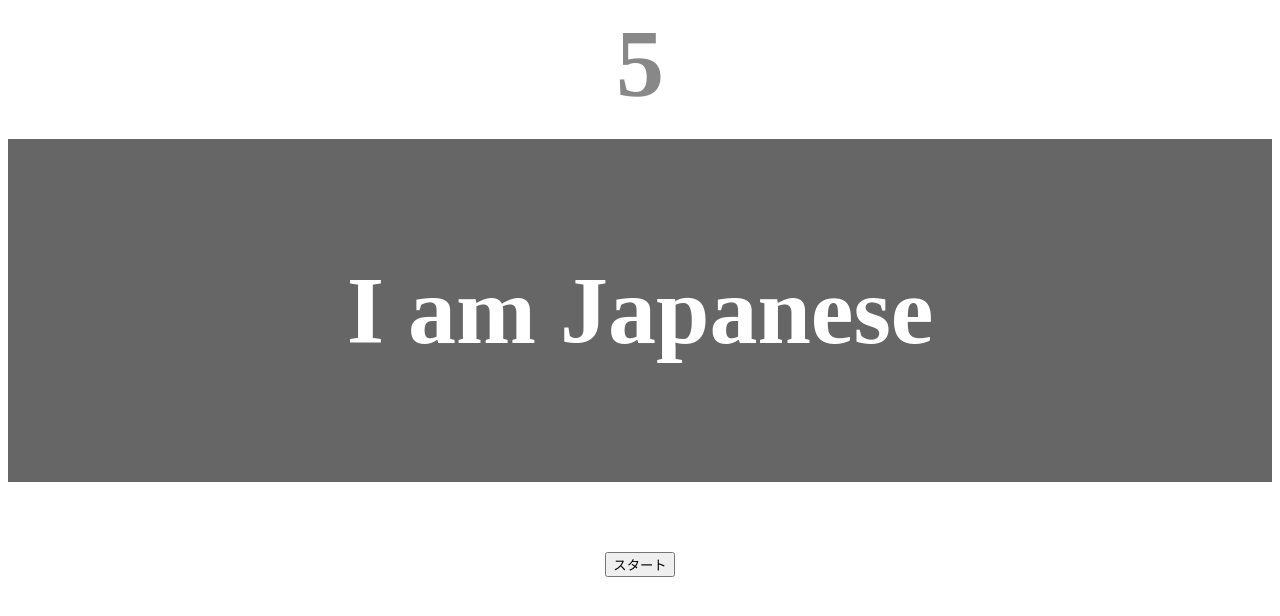
Repository: BenBen-san/Typing-Game
Page: 2nd_Trial/typing_app2.html
The author's editor kept a record of every edit. The page is drawn from the files as they stood at one moment, then again after the next edit.
The browser window is 1280 px wide. The pictures show the whole page.

Above is the page before.

### 2nd_Trial/typing_app2.html
<!DOCTYPE html>
<html lang="ja">
<head>
    <meta charset="UTF-8">
    <title>タイピングアプリ</title>

    <style>

        body{
            font-size: 6em;
            text-align: center;
        }


        #count{
            margin: 0;
            font-weight: bold;
            color: #888;
        }

        #wrap{
            margin-top: 20px;
            padding: 20px 10px;
            background-color: #666;
            font-weight: bold;
            color: #fff;
        }

        span{
            transition: all 300ms 0s ease;
        }

        .add-color{
            font-size: 0.5em;
            color: #666;
        }

    </style>

</head>
    <p id="count">5</p>

    <div id=wrap>
        <p id="text"></p>
    </div>
    <button id="start">スタート</button>

    <script>

    //必要なHTML要素の取得
    const wrap = document.getElementById('wrap');
    const start = document.getElementById('start');

    const textLists = [
        'Hello World','This is my App','How are you?',
        'Today is sunny','I love JavaScript!','Good morning',
        'I am Japanese','Let it be','Samurai',
        'Typing Game','Information Technology',
        'I want to be a programmer','What day is today?',
        'I want to build a web app','Nice to meet you',
        'Chrome Firefox Edge Safari','machine learning',
        'Brendan Eich','John Resig','React Vue Angular',
        'Netscape Communications','undefined null NaN',
        'Thank you very much','Google Apple Facebook Amazon',
        'ECMAScript','console.log','for while if switch',
        'var let const','Windows Mac Linux iOS Android',
        'programming'
        ];　　//複数のテキストを格納する配列

    let checkTexts = [];

    let score = 0

    const createText = () => {

        const p = document.getElementById('text');

        const rnd = Math.floor(Math.random() * textLists.length);

        p.textContent = '';

        checkTexts = textLists[rnd].split('').map(value => {

            const span = document.createElement('span');

            span.textContent = value;

            p.appendChild(span);

            //１文字ずつcheckTextsに格納していく

            return span;
        })

    };

    createText();

    //ランダムなテキストを画面に表示する



    const keyDown = e => {

        if(e.key === checkTexts[0].textContent){
            checkTexts[0].className = 'add-color';

            checkTexts.shift();

            score++

            if(!checkTexts.length) createText();
        }else if(e.key === 'shift'){
            wrap.style.backgroundColor = '#666';
        }else {
            wrap.style.backgroundColor = 'red';
        }
    };　//キーイベント＆入力判定処理


    const gameOver = id => {

        clearInterval(id);

        const result = confirm(rankCheck(score));

        if(result) window.locaton.reload();

        const rankCheck = score => {

            let text = '';

            if(score < 100){
                text = 'あなたのランクはCです。\nBランクまであと$(100 - score)文字です。';
            }else if(score < 200){
                text = 'あなたのランクはBです。\nAランクまであと$(200 - score)文字です。';
            }else if(score < 300){
                text = 'あなたのランクはCです。\nSランクまであと$(300 - score)文字です。';
            }else if(score >= 300){
                text = 'あなたのランクはSです。\nおめでとうございます！';
            }

            return '${score}文字打てました！\n${text}\n【OK】リトライ／【キャンセル】終了';

        };


    };　//ゲームの終了処理

    const timer = () => {

        let time = 5

        const count = document.getElementById('count');

        const id = setInterval(() => {

        if(time <= 0) gameOver(id);

        count.textContent = time--;


        }, 1000);


    };　//タイマー処理

    start.addEventListener('click', () => {

        timer();

        createText();

        start.style.display = 'none';

        //キーボードのイベント処理

        document.addEventListener('keydown', keyDown);



    });　//ゲームスタート時の処理

    </script>

<body>

</body>
</html>

After the next edit:
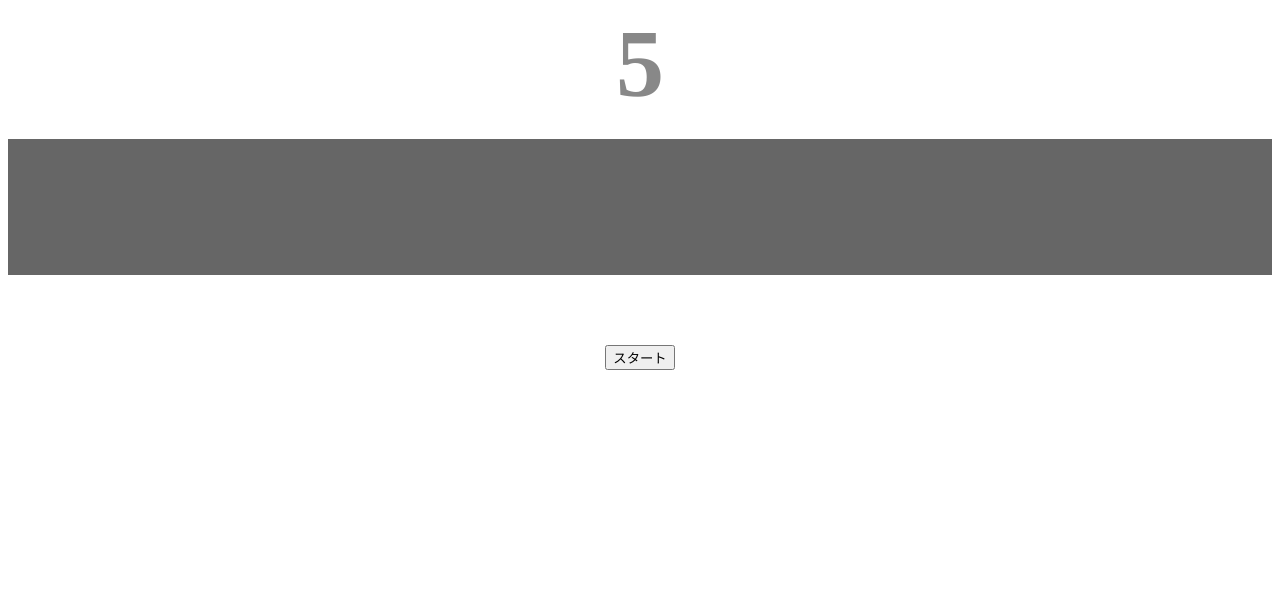
The edit:
--- a/2nd_Trial/typing_app2.html
+++ b/2nd_Trial/typing_app2.html
@@ -94,10 +94,6 @@
 
     };
 
-    createText();
-
-    //ランダムなテキストを画面に表示する
-
 
 
     const keyDown = e => {
